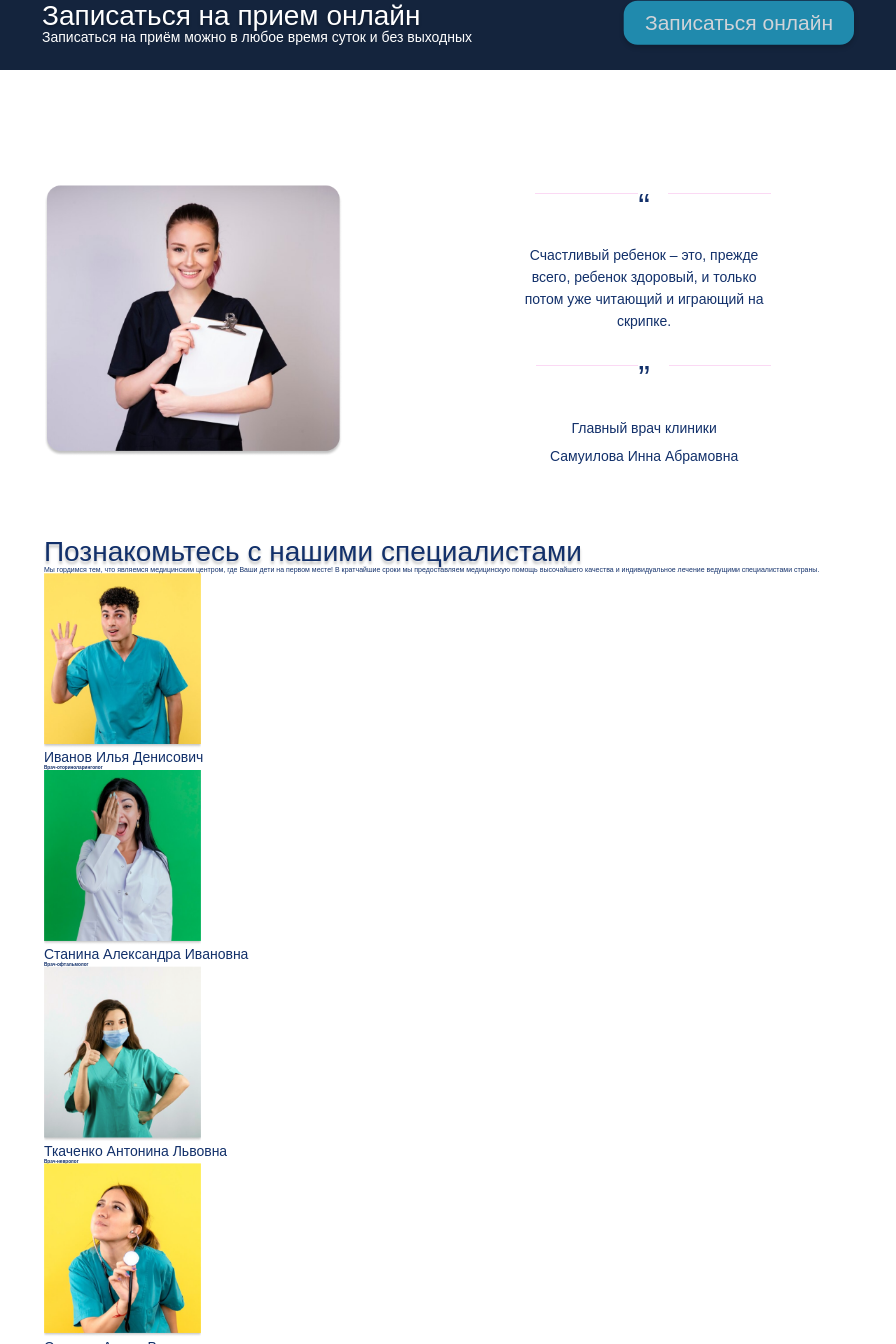
Repository: Normandy72/Landing-Page-Happy-Child
Page: index.html
These files come from the project's save history. The page is drawn as it stood at one moment and after the next save; the edit follows.
The browser window is 1280 px wide. The pictures show the part of the page from y = 2700 to 4620 px (the page is 8118 px tall before and 8087 px after), at 70% of full size.
Some web fonts or font styles are not loaded; a fallback is used.

Above is the page before, as saved 2022-11-12 14:36:18.

### index.html
<!DOCTYPE html>
<html lang="en">
<head>
    <meta charset="UTF-8">
    <meta http-equiv="X-UA-Compatible" content="IE=edge">
    <meta name="viewport" content="width=device-width, initial-scale=1.0">
    <link href="https://fonts.googleapis.com/css2?family=Neucha&display=swap" rel="stylesheet">
    <link href="https://fonts.googleapis.com/css2?family=Coustard:wght@400;900&display=swap" rel="stylesheet">
    <link rel="icon" href="resources/icon/stethoscope.ico" sizes="16x16">
    <link rel="icon" href="resources/icon/stethoscope.ico" sizes="32x32">
    <link rel="icon" href="resources/icon/stethoscope.ico" sizes="64x64">
    <link rel="stylesheet" href="styles/main.css">
    <title>Happy Child</title>
</head>

<body>
    <header>
        <div class="wrapper layout-3-columns">
            <a href="#">
                <div class="header__logo"></div>
            </a>
            <nav class="header__navigation">
                <a class = "navigation__link" href="#">Главная</a>
                <a class = "navigation__link" href="#">Услуги</a>
                <a class = "navigation__link" href="#">Врачи</a>
                <a class = "navigation__link" href="#">Новости</a>
                <a class = "navigation__link" href="#">Запись на прием</a>
                <a class = "navigation__link" href="#">Контакты</a>
            </nav>
            <a href="tel: +375291030303">
                <div class="header__phone"></div>
            </a>
        </div>
    </header>

    <main>
        <section class="section__main">
            <div class="wrapper">
                <div class="main__text">
                    <div class="main__logo"></div>
                    <h1>Медицинский центр для детей</h1>
                    <h5>только актуальные рекомендации, основанные на доказательствах</h5>
                    <button class="button button_accented">Записаться на прием</button>
                </div>
            </div>
        </section>

        <section class="section__information wrapper">
            <div class="information__block block__phone">
                <div class="block__icon"></div>
                <h2>Контакты</h2>
                <h3>+375 29 103-03-03</h3>
                <h3>+375 17 103-03-03</h3>
            </div>
            <div class="information__block block__shedule">
                <div class="block__icon"></div>
                <h2>График работы</h2>
                <h3>Пн. - Пт. :    8:00 - 21:00</h3>
                <h3>Сб. - Вс. :    9:00 - 18:00</h3>
            </div>
        </section>

        <section class="section__services">
            <div class="wrapper">
                <h2 class="heading_dark">Наши услуги</h2>
                <div class="divider"></div>
                <div class="services__cards layout-3-columns">
                    <div class="services__card">
                        <img src="resources/img/services/pediatria.png" alt="pediatria">
                        <h4>Педиатрия</h4>
                    </div>

                    <div class="services__card">
                        <img src="resources/img/services/pulmo.png" alt="pulmo">
                        <h4>Пульмонология</h4>
                    </div>

                    <div class="services__card">
                        <img src="resources/img/services/cardio.png" alt="cardio">
                        <h4>Кардиология</h4>
                    </div>
                </div>

                <div class="services__cards layout-3-columns">
                    <div class="services__card">
                        <img src="resources/img/services/lor.png" alt="lor">
                        <h4>Оториноларингология</h4>
                    </div>

                    <div class="services__card">
                        <img src="resources/img/services/allergo.png" alt="allergo">
                        <h4>Аллергология</h4>
                    </div>

                    <div class="services__card">
                        <img src="resources/img/services/surgery.png" alt="surgery">
                        <h4>Хирургия</h4>
                    </div>
                </div>

                <div class="services__cards layout-3-columns">
                    <div class="services__card">
                        <img src="resources/img/services/neuro.png" alt="neuro">
                        <h4>Неврология</h4>
                    </div>

                    <div class="services__card">
                        <img src="resources/img/services/endocryn.png" alt="endocryn">
                        <h4>Эндокринология</h4>
                    </div>

                    <div class="services__card">
                        <img src="resources/img/services/ophtalm.png" alt="ophtalm">
                        <h4>Офтальмология</h4>
                    </div>
                </div>

                <div class="services__cards layout-3-columns">
                    <div class="services__card">
                        <img src="resources/img/services/vaccination.png" alt="vaccination">
                        <h4>Вакцинация</h4>
                    </div>

                    <div class="services__card">
                        <img src="resources/img/services/usd.png" alt="usd">
                        <h4>УЗ-диагностика</h4>
                    </div>

                    <div class="services__card">
                        <img src="resources/img/services/stayhome.png" alt="stayhome">
                        <h4>Вызов врача на дом</h4>
                    </div>
                </div>
            </div>
        </section>

        <section class="section__addition">
            <div class="wrapper addition__info layout-2-columns">
                <div class="addition__text">
                    <h2>Записаться на прием онлайн</h2>
                    <h5>Записаться на приём можно в любое время суток и без выходных</h5>
                </div>
                <button class="button button_standart">Записаться онлайн</button>
            </div>
        </section>

        <section class="wrapper section__chief layout-2-columns">
            <div class="chief__foto"></div>
            <div class="chief__text">
                <div class="text__lines">
                    <div class="lines__line"></div>
                    <p>“</p>
                    <div class="lines__line"></div>
                </div>
                <h5>Счастливый ребенок – это, прежде всего, ребенок здоровый, и только потом уже читающий
                и играющий на скрипке.</h5>
                <div class="text__lines">
                    <div class="lines__line"></div>
                    <p>”</p>
                    <div class="lines__line"></div>
                </div>
                <h5>Главный врач клиники</h5>
                <div class="chief__logo"></div>
                <h5>Самуилова Инна Абрамовна</h5>
            </div>
        </section>

        <section class="wrapper section__doctors">
            <h2 class="heading_dark">Познакомьтесь с нашими специалистами</h2>
            <p>Мы гордимся тем, что являемся медицинским центром, где Ваши дети на первом месте!
                В кратчайшие сроки мы предоставляем медицинскую помощь высочайшего качества и индивидуальное лечение ведущими специалистами страны. </p>
            <div class="doctors__arrays">
                <div></div>
                <div></div>
            </div>
            <div class="doctors__cards">
                <div class="doctors__card">
                    <img src="resources/img/doctors/ivanov1.png" alt="ivanov1">
                    <h5>Иванов Илья Денисович</h5>
                    <h6>Врач-оториноларинголог</h6>
                </div>

                <div class="doctors__card">
                    <img src="resources/img/doctors/stanina1.png" alt="stanina1">
                    <h5>Станина Александра Ивановна</h5>
                    <h6>Врач-офтальмолог</h6>
                </div>

                <div class="doctors__card">
                    <img src="resources/img/doctors/tkachenko1.png" alt="tkachenko1">
                    <h5>Ткаченко Антонина Львовна</h5>
                    <h6>Врач-невролог</h6>
                </div>

                <div class="doctors__card">
                    <img src="resources/img/doctors/savenko1.png" alt="savenko1">
                    <h5>Савенко Алина Викторовна</h5>
                    <h6>Врач-педиатр</h6>
                </div>

                <div class="doctors__card">
                    <img src="resources/img/doctors/krotov1.png" alt="krotov1">
                    <h5>Кротов Алексей Геннадьевич</h5>
                    <h6>Врач-хирург</h6>
                </div>

                <div class="doctors__card">
                    <img src="resources/img/doctors/karpovich1.png" alt="karpovich1">
                    <h5>Карпович Анна Игоревна</h5>
                    <h6>Врач-кардиолог</h6>
                </div>

                <div class="doctors__card">
                    <img src="resources/img/doctors/akulich1.png" alt="akulich1">
                    <h5>Акулич Олег Васильевич</h5>
                    <h6>Врач-эндокринолог</h6>
                </div>

                <div class="doctors__card">
                    <img src="resources/img/doctors/astapenko1.png" alt="astapenko1">
                    <h5>Астапенко Ирина Эдуардовна</h5>
                    <h6>Врач УЗ-диагностики</h6>
                </div>
            </div>
        </section>

        <section>
            <div class="section__lines">
                <div></div>
                <div></div>
                <div></div>
            </div>
            <div class="wrapper section__news">
                <h2 class="heading_dark">Новости</h2>
                <div class="news_card">
                    <img src="resources/img/news/news1.png" alt="news1">
                    <h4>25. 07. 2022   15 : 00</h4>
                    <h3>Всемирный день здоровья полости рта</h3>
                    <h5>Взрослея, организм ребенка испытывает множество изменений. В честь Всемирного дня здоровья полости рта наши стоматологи расскажут родителям и детям, как заботиться о зубах и деснах в разных возрастных периодах, какие средства использовать, чтобы смена молочных зубов прошла легко и безболезненно, и еще много-много полезного!</h5>
                    <a href="#">Подробнее...</a>
                </div>

                <div class="news_card">
                    <img src="resources/img/news/news2.png" alt="news1">
                    <h4>27. 07. 2022   13 : 30</h4>
                    <h3>Европейская неделя иммунизации</h3>
                    <h5>Знаете ли Вы, что иммунизация является единственным и надежным способом борьбы с эпидемиологическими заболеваниями, такими как корь, полиомиелит, эпидемический паротит и др.? В рамках Европейской недели иммунизации врач-педиатр Савенко Алина Викторовна познакомит Вас с текущим календарем профилактических прививок и ответит на все волнующие Вас вопросы! </h5>
                    <a href="#">Подробнее...</a>
                </div>

                <div class="news_card">
                    <img src="resources/img/news/news3.png" alt="news1">
                    <h4>28. 07. 2022    16 : 00</h4>
                    <h3>Международный день офтальмологии</h3>
                    <h5>Ухудшение зрения может лишить человека возможности заниматься любимым делом. Хорошо, что современная офтальмология обладает широкими возможностями для лечения многих заболеваний глаз.  Приходите к нам в Международный день офтальмологии и узнайте, что рекомендуют специалисты для профилактии заболеваний глаз.</h5>
                    <a href="#">Подробнее...</a>
                </div>
            </div>
        </section>

        <section class="section__addition">
            <div class="wrapper addition__info layout-2-columns">
                <div class="addition__text">
                    <h2>Подписаться на рассылку</h2>
                    <h5>Будьте в курсе новостей !</h5>
                </div>
                <form class="addition__form">
                    <input class = "addition__input" type="text" value="Email">
                    <button class="button button_standart">Подписаться</button>
                </form>
            </div>
        </section>

        <section class="wrapper section__callback">
            <div class="callback__form">
                <h2 class="heading_dark">Остались вопросы?</h2>
                <h5>Оставьте заявку, мы Вам перезвоним!</h5>
                <form action="">
                    <input class="callback__input" type="text" value="Ваше имя">
			        <input class="callback__input" type="tel" placeholder="Номер телефона" pattern="+375(29,17,33,44)[0-9]{3}-[0-9]{2}-[0-9]{2}" required>
			        <select class="callback__input" name="menu" size="1">
				        <option>Желаемая услуга</option>
				        <option value="ped">Педиатрия</option>
				        <option value="pulmo">Пульмонология</option>
				        <option value="cardio">Кардиология</option>
				        <option value="lor">Оториноларингология</option>
				        <option value="allergo">Аллергология</option>
				        <option value="surg">Хирургия</option>
				        <option value="neuro">Неврология</option>
				        <option value="endocryn">Эндокринология</option>
				        <option value="ophtalm">Офтальмология</option>
				        <option value="vaccin">Вакцинация</option>
				        <option value="usd">УЗ-диагностика</option>
				        <option value="stayhome">Вызов врача на дом</option>
			        </select>
			        <input class="callback__input" type="date" value="2022-01-01" min="2022-01-01" max="2022-12-31">
                    <label class="callback__checkbox">
                        <input type="checkbox">
                        Я даю согласие на хранение и обработку персональных данных
                    </label>
			        <button class="button button_standart">Оставить заявку</button>
                </form>
            </div>
            <div class="callback__photo"></div>
        </section>

        <section class="wrapper section__contacts">
            <h2 class="heading_dark">Ждем Вас в нашем центре !</h2>
            <div class="contacts__info">
                <h3>Контакты</h3>
                <h5>Мы находимся по адресу:</h5>
                <h4>г. Минск, ул. Матусевича, 70</h4>
                <h5>Связаться:</h5>
                <a href="tel: +375291030303">+375 29 103-03-03</a>
                <a href="tel: +375171030303">+375 17 103-03-03</a>
                <h5>Мы в соц. сетях:</h5>
                <div class="contacts__social">
                    <a href="#"></a>
                </div>
                <div class="contacts__social">
                    <a href="#"></a>
                </div>
                <div class="contacts__social">
                    <a href="#"></a>
                </div>
            </div>
            <div class="contacts__map">
                <iframe src="https://www.google.com/maps/embed?pb=!1m18!1m12!1m3!1d2349.7572817965843!2d27.4501670158107!3d53.91828888010291!2m3!1f0!2f0!3f0!3m2!1i1024!2i768!4f13.1!3m3!1m2!1s0x46dbc52f35b245d3%3A0x98f1d72de22c93c4!2z0YPQu9C40YbQsCDQnNCw0YLRg9GB0LXQstC40YfQsCA3MCwg0JzQuNC90YHQug!5e0!3m2!1sru!2sby!4v1659879735812!5m2!1sru!2sby" width="50%" height="562px" style="border:0;" allowfullscreen="" loading="lazy" referrerpolicy="no-referrer-when-downgrade"></iframe>
            </div>
        </section>
    </main>

    <footer>
        <div class="wrapper">
            <h5>ООО “HappyChild” © 2022</h5>
            <a href="#">Политика конфиденциальности</a>
        </div>
    </footer>
</body>
</html>

### styles/main.css
@import url(base.css);
@import url(buttons.css);
@import url(footer.css);
@import url(form.css);
@import url(header.css);
@import url(headings.css);
@import url(layouts.css);
@import url(links.css);
@import url(section_addition.css);
@import url(section_chief.css);
@import url(section_information.css);
@import url(section_main.css);
@import url(section_services.css);
@import url(variables.css);

### styles/base.css
*{
    margin: 0;
    padding: 0;
    box-sizing: border-box;
}

html{
    scroll-behavior: smooth;
}

body{
    font-family: var(--main-font);
    font-size: 10px;
    color: var(--text-dark-color);
}

.wrapper{
    max-width: 1180px;
    min-width: 480px;
    padding: 0 1%;
    margin: auto;
}

.divider{
    width: 100%;
}

### styles/buttons.css
.button{
    border-radius: 20px;
    border: none;
    filter: drop-shadow(0px 4px 4px rgba(0, 0, 0, 0.25));
    padding: 15px 30px;
    opacity: 0.8;

    font-family: var(--main-font);
    font-style: normal;
    font-weight: 400;
    font-size: var(--buttons-font-size);
    line-height: 33px;
    display: flex;
    align-items: center;
    text-align: center;
    color: var(--buttons-text-color);
}

.button_accented{
    background-color: var(--accented-button-color);
}

.button_standart{
    background-color: var(--standart-button-color);
}

.button:hover{
    cursor: pointer;
    opacity: 1;
}

### styles/header.css
header{
    width: 100%;
    background-color: var(--header-color);
    box-shadow: var(--shadow);
    position: fixed;
    top: 0;
    z-index: 2;
}

header .wrapper{
    padding-top: 30px;
    padding-bottom: 20px;
}

.header__logo{
    background-image: url(../resources/icon/HappyChild_small.svg);
    background-repeat: no-repeat;
    width: 136px;
    height: 31px;
}

.header__logo:hover{
    transform: scale(1.2);
    transition-duration: 0.5s;
}

.header__navigation{
    display: flex;
    align-items: center;
    justify-content: space-between;
}

.navigation__link{
    padding-right: 25px;
}

.header__phone{
    background-image: url(../resources/icon/phone.svg);
    background-repeat: no-repeat;
    width: 32px;
    height: 32px;
}

.header__phone:hover{
    transform: scale(1.2);
    transition-duration: 0.5s;
}

### styles/headings.css
h1{
    font-size: var(--h1-font-size);
    font-style: normal;
    font-weight: 400;
    line-height: 50px;
}

h2{
    font-size: var(--h2-font-size);
    font-style: normal;
    font-weight: 400;
    line-height: 42px;
    text-shadow: var(--shadow);
}

h3{
    font-size: var(--h3-font-size);
    font-style: normal;
    font-weight: 400;
    line-height: 37px;
}

h4{
    font-size: var(--h4-font-size);
    font-style: normal;
    font-weight: 400;
    line-height: 32px;
}

h5{
    font-size: var(--h5-font-size);
    font-style: normal;
    font-weight: 400;
    line-height: 22px;
}

h6{

}

### styles/layouts.css
.layout-3-columns{
    display: flex;
    align-items: center;
    justify-content: space-between;
    flex-wrap: wrap;
    flex-basis: 33%;
}

.layout-2-columns{
    display: flex;
    align-items: center;
    justify-content: space-between;
    flex-wrap: wrap;
    flex-basis: 45%;
}

### styles/links.css
a{
    text-decoration: none;
    color: var(--links-color);
    text-shadow: var(--shadow);
    font-size: var(--links-font-size);
}

a:hover{
    cursor: pointer;
    color: var(--links-hover-color);
    transition: var(--transition);
}

### styles/section_addition.css
.section__addition{
    color: var(--text-ligth-color);
    background-color: var(--added-blocks-color);
}

.addition__info{
    padding: 36px 10px;
}

### styles/section_chief.css
.section__chief{
    padding-top: 138px;
    padding-bottom: 88px;
    padding-right: 10%;
}

.chief__foto{
    background-image: url(../resources/img/doctors/chief1.png);
    background-repeat: no-repeat;
    background-size: cover;
    width: 426px;
    height: 386px;
}

.chief__text{
    width: 35%;
    display: flex;
    flex-direction: column;
    justify-content: space-between;
}

.chief__text h5{
    text-align: center;
    line-height: 155.88%;
    padding-bottom: 10px;
}

.text__lines{
    padding-bottom: 30px;
    padding-top: 30px;
    display: flex;
    justify-content: space-evenly;
}

.text__lines p{
    font-family: var(--second-font);
    font-style: normal;
    font-weight: 400;
    font-size: 50px;
    line-height: 52px;
}

.lines__line{
    background-image: url(../resources/img/line.svg);
    width: 219px;
    height: 2px;
    margin-top: 7px;
}

### styles/section_information.css
.section__information{
    margin-top: -15px;
    display: flex;
    justify-content: center;
    color: var(--text-ligth-color);
    margin-bottom: 150px;
}

.information__block{
    width: 40%;
    background-color: var(--added-blocks-color);
    padding: 35px 60px 35px 100px;
}

.information__block h2{
    margin: -55px 0 40px 80px;
}

.block__phone{
    border-radius: 30px 30px 0 30px;
    margin-right: 10px;
}

.block__shedule{
    border-radius: 30px 30px 30px 0;
    margin-left: 10px;
}

.block__icon{
    background-size: contain;
    background-repeat: no-repeat;
}

.block__phone .block__icon{
    width: 63px;
    height: 63px;
    background-image: url(../resources/icon/phone.svg);
}

.block__shedule .block__icon{
    width: 70px;
    height: 70px;
    background-image: url(../resources/icon/watch.svg);
}

### styles/section_main.css
.section__main{
    width: 100%;
    height: 750px;
    background-image: url(../resources/img/girl.jpg);
    background-size: cover;
    background-repeat: no-repeat;
}

.main__text{
    padding-top: 165px;
    width: 540px;
    display: flex;
    flex-direction: column;
    align-items: center;
}

.main__logo{
    background-image: url(../resources/icon/HappyChild_big.png);
    background-repeat: no-repeat;
    width: 388px;
    height: 99px;
    margin-bottom: 5px;
}

.main__text h1{
    padding-bottom: 15px;
    text-shadow: var(--shadow);
}

.main__text h5{
    padding-bottom: 65px;
    text-shadow: var(--shadow);
}

### styles/section_services.css
.section__services .layout-3-columns{
    justify-content: space-evenly;
}

.section__services h2{
    display: block;
    margin: -60px 0 40px 42%;
}

.services__cards{
    background-image: url(../resources/img/line.svg);
    background-position: center;
    background-repeat: no-repeat;
    margin-bottom: 68px;
}

.services__card{
    background-color: var(--cards-color);
    border-radius: 20px;
    box-shadow: var(--shadow);
    margin-top: -10px;
}

.services__card img{
    border-radius: 20px 20px 0 0;
}

.services__card h4{
    padding: 15px 23px;
}

.services__card:hover{
    transform: scale(1.1);
    transition-duration: 0.5s;
    cursor: pointer;
}

### styles/variables.css
:root{
    /* fonts */
    --main-font: 'Neucha', Arial, cursive;
    --second-font:'Coustard', Arial;

    /* font sizes */
    --h1-font-size: 45px;
    --h2-font-size: 40px;
    --h3-font-size: 35px;
    --h4-font-size: 30px;
    --h5-font-size: 20px;
    --links-font-size: 25px;
    --buttons-font-size: 30px;

    /* colors */
    --header-color: rgba(35, 164, 201, 0.9);
    --links-color:  #FFFFFF;
    --links-hover-color: #12306A;
    --text-dark-color:#12306A;
    --text-ligth-color:#FFFFFF;
    --buttons-text-color: #FFFFFF;
    --accented-button-color: hsl(313, 94%, 45%);
    --standart-button-color:rgba(35, 164, 201);
    --added-blocks-color: #14243D;
    --cards-color: white;

    /* transition */
    --transition: all .3s ease-out;

    /* Other */
    --shadow: 0px 4px 4px rgba(0, 0, 0, 0.25);
}

Loaded but not shown: styles/footer.css (no copy from this time; the picture is the same without it); styles/form.css (no copy from this time; the picture is the same without it)

After the next save:
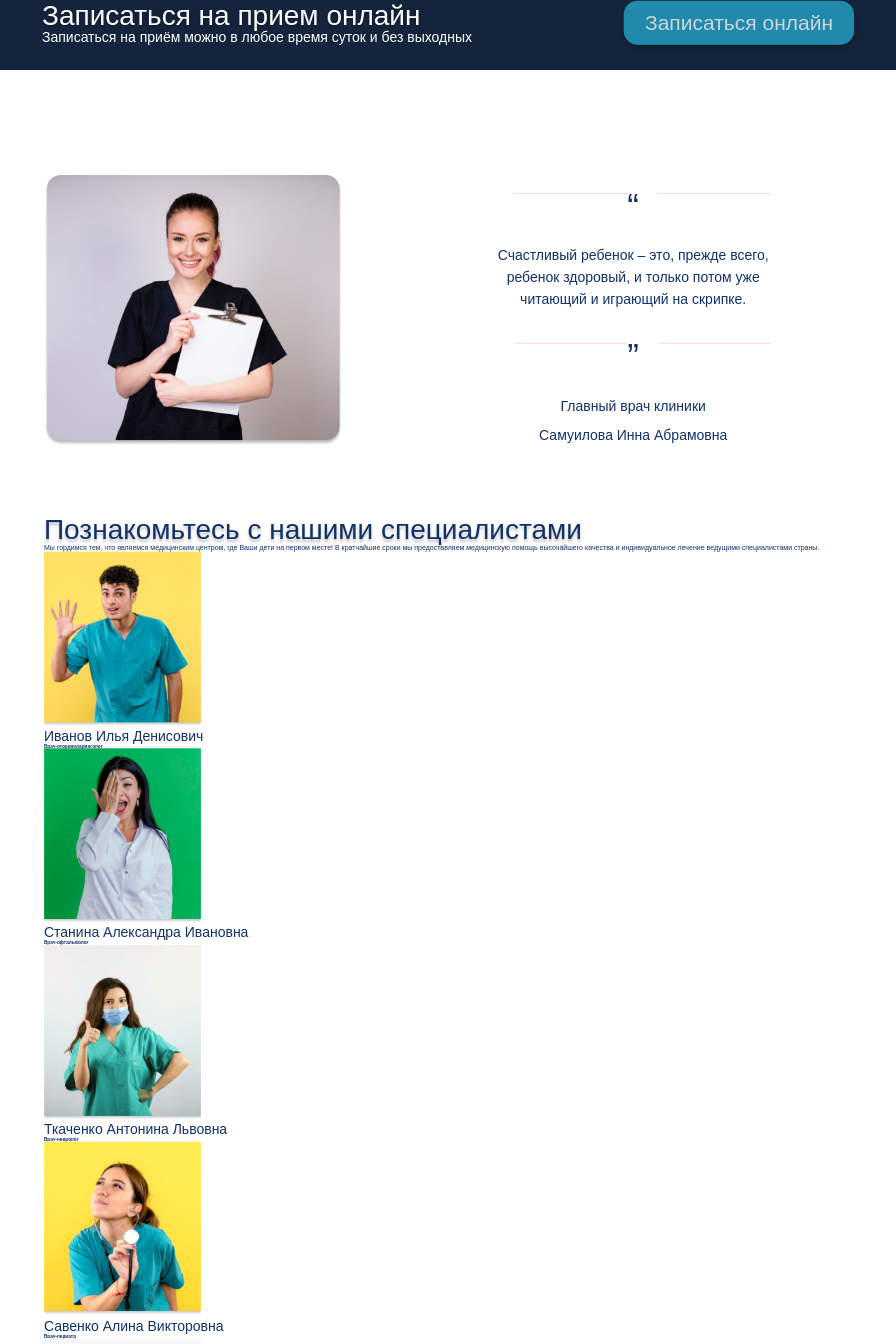
Saved 11 s later.
--- a/styles/section_chief.css
+++ b/styles/section_chief.css
@@ -13,7 +13,7 @@
 }
 
 .chief__text{
-    width: 35%;
+    width: 38%;
     display: flex;
     flex-direction: column;
     justify-content: space-between;
